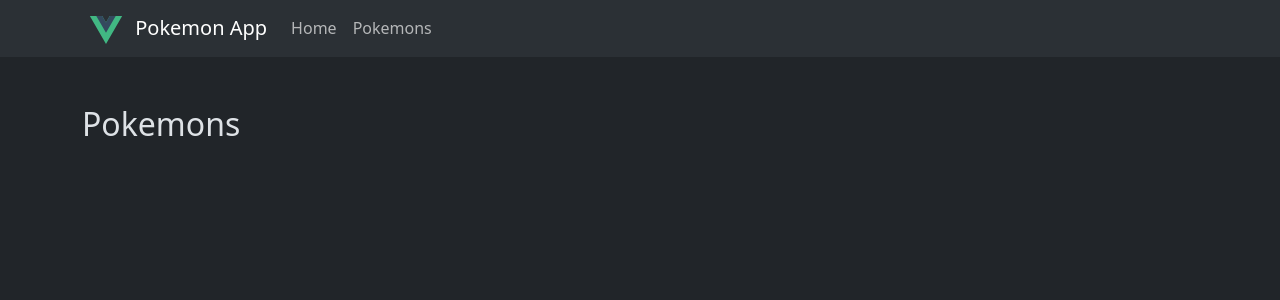
Repository: jjdevzinho/curso-vue-pinia-com-ts-poke-api
Page: /pokemons
The author's editor kept a copy of each file at every save. The page is drawn from the files as they stood at one save, then again after the next save.
The browser window is 1280 px wide. The pictures show the whole page.
The page's requests for data from a server got no answer. The project was rebuilt for these pictures with package versions that can differ from the ones it lists, and the page was loaded fresh each time. No one was signed in, and anything a server would have sent is missing. Also part of the build but not shown: vite.config.ts, src/views/HomeView.vue.

Above is the page before, as saved 2024-10-13 08:35:42.

After the next save:
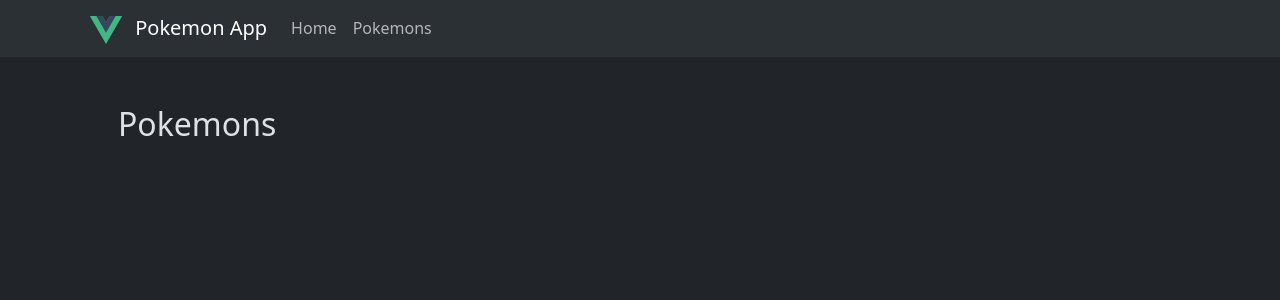
Saved 37 s later.
--- a/src/App.vue
+++ b/src/App.vue
@@ -40,7 +40,7 @@
       </div>
     </nav>
   </header>
-  <main class="container my-5">
+  <main class="container p-5">
     <RouterView />
   </main>
 </template>
